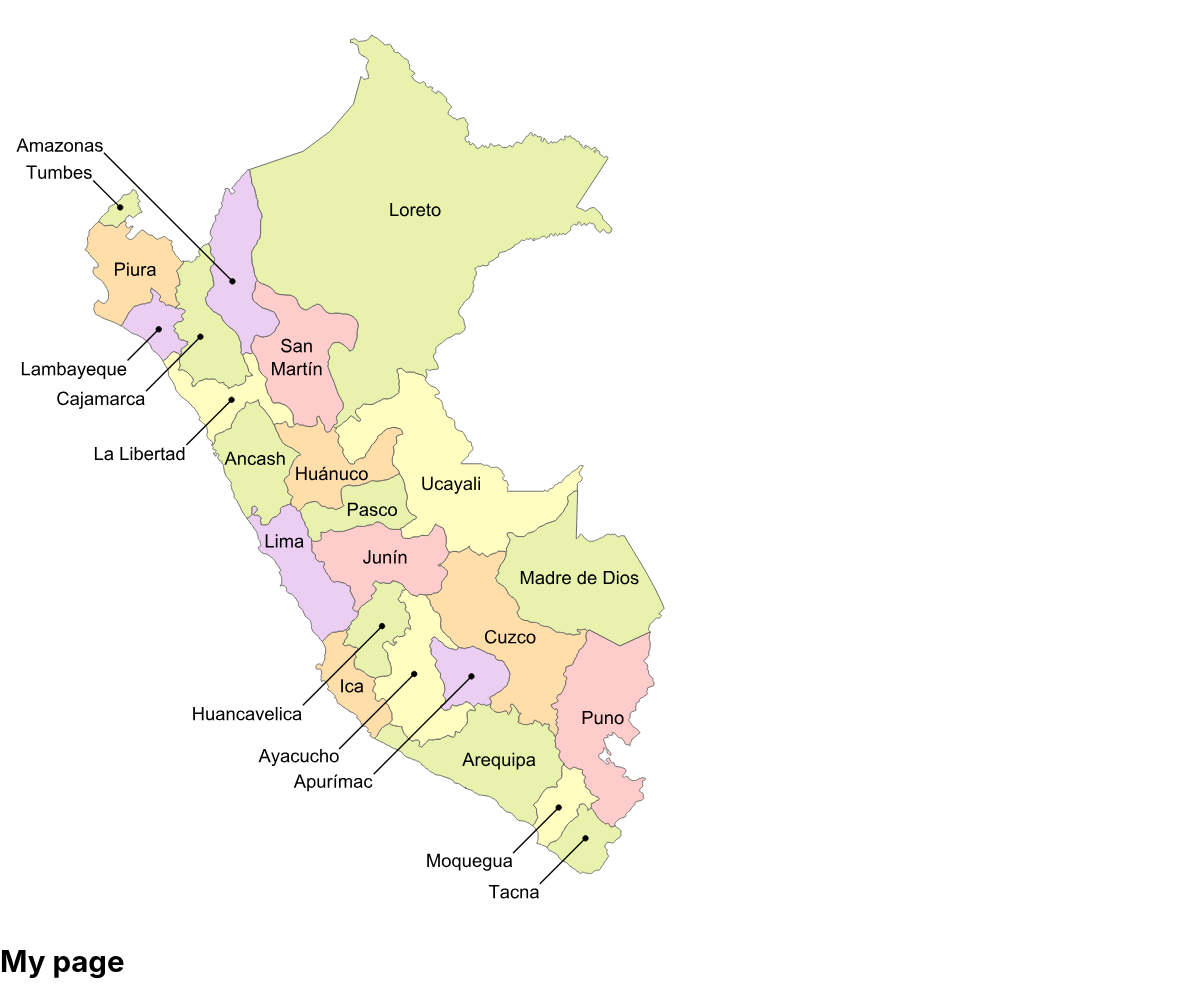
Repository: danielavelosar/InteractiveSVGwithNext
Page: /
The author's editor kept a copy of each file at every save. The page is drawn from the files as they stood at one save, then again after the next save.
The browser window is 1280 px wide. The pictures show the whole page, at 92% of full size.
The project was rebuilt for these pictures with package versions that can differ from the ones it lists, and the page was loaded fresh each time. The framework's server and built-in components were replaced by stand-ins that run in the browser. Also part of the build but not shown: next.config.js.

Above is the page before, as saved 2022-12-02 16:23:47.

After the next save:
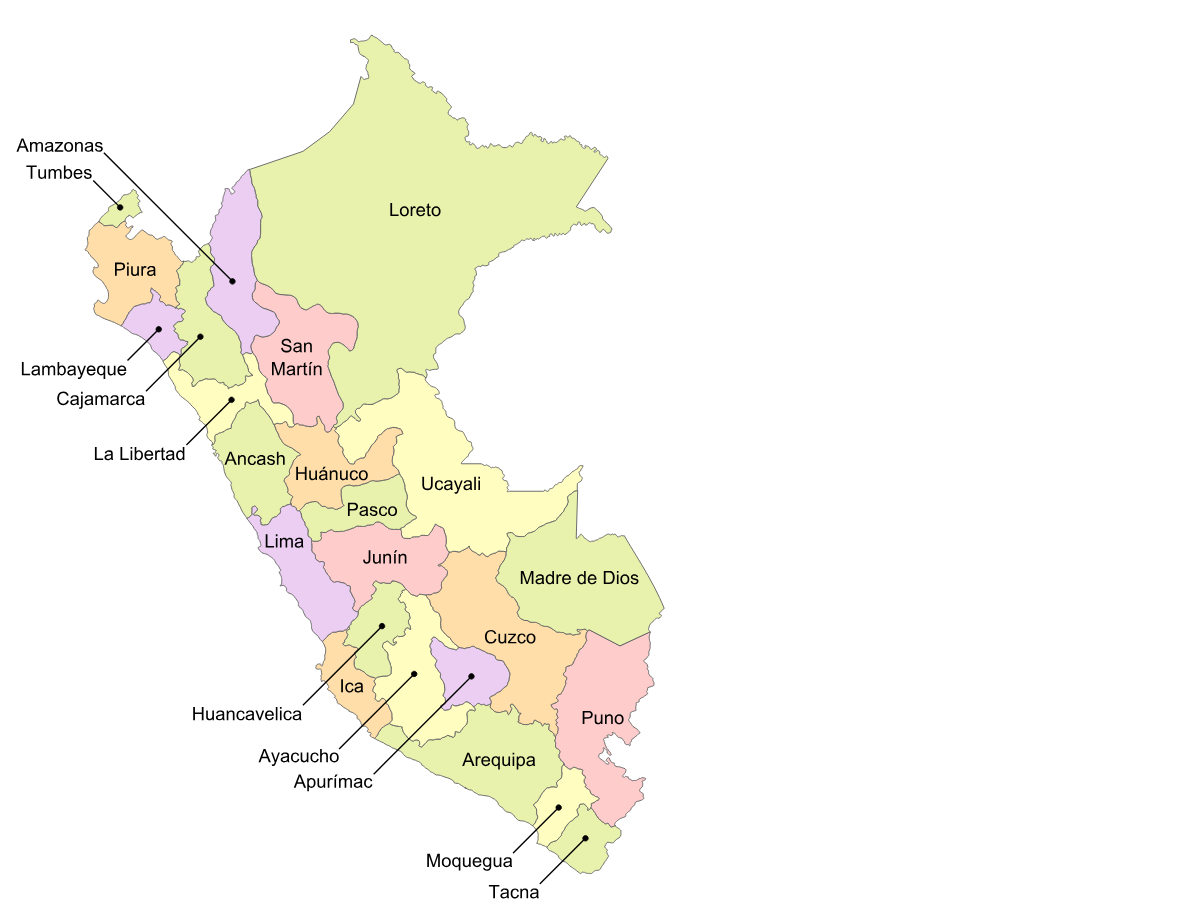
Saved 119 s later.
--- a/pages/index.tsx
+++ b/pages/index.tsx
@@ -5,8 +5,12 @@ export default function Home(){
 
   return (
     <div>
-      <object data="/peruMap.svg" type="image/svg+xml"></object>
-        <h1>My page</h1>
+      <object data="/peruMap.svg" type="image/svg+xml" id='map'></object>
+       <script>
+        let map =  document.getElementById('map');
+        console.log(map);
+       </script>
+
       {/* <svg height={100} width={100} id="mySvg">
         <circle
           id='myCircle'
